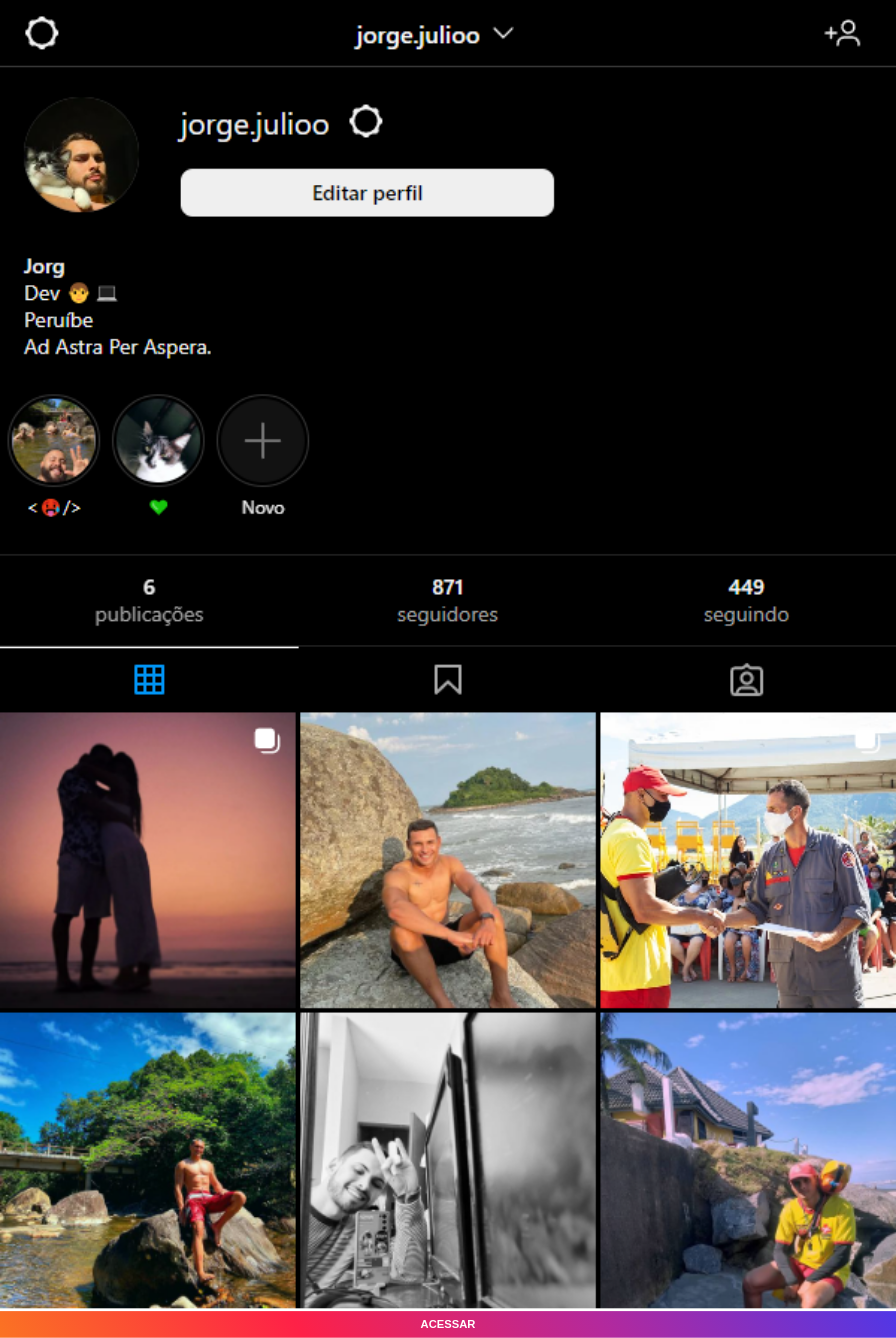
Repository: jorgprado/curso-html-css-Guanabara
Page: exec-pg-social/instagram.html
An editor plug-in stored every save of this project. The page is shown before and after the next save, followed by the edit.
The browser window is 1280 px wide. The pictures show the whole page, at 70% of full size.

Above is the page before, as saved 2023-05-24 11:58:45.

After the next save:
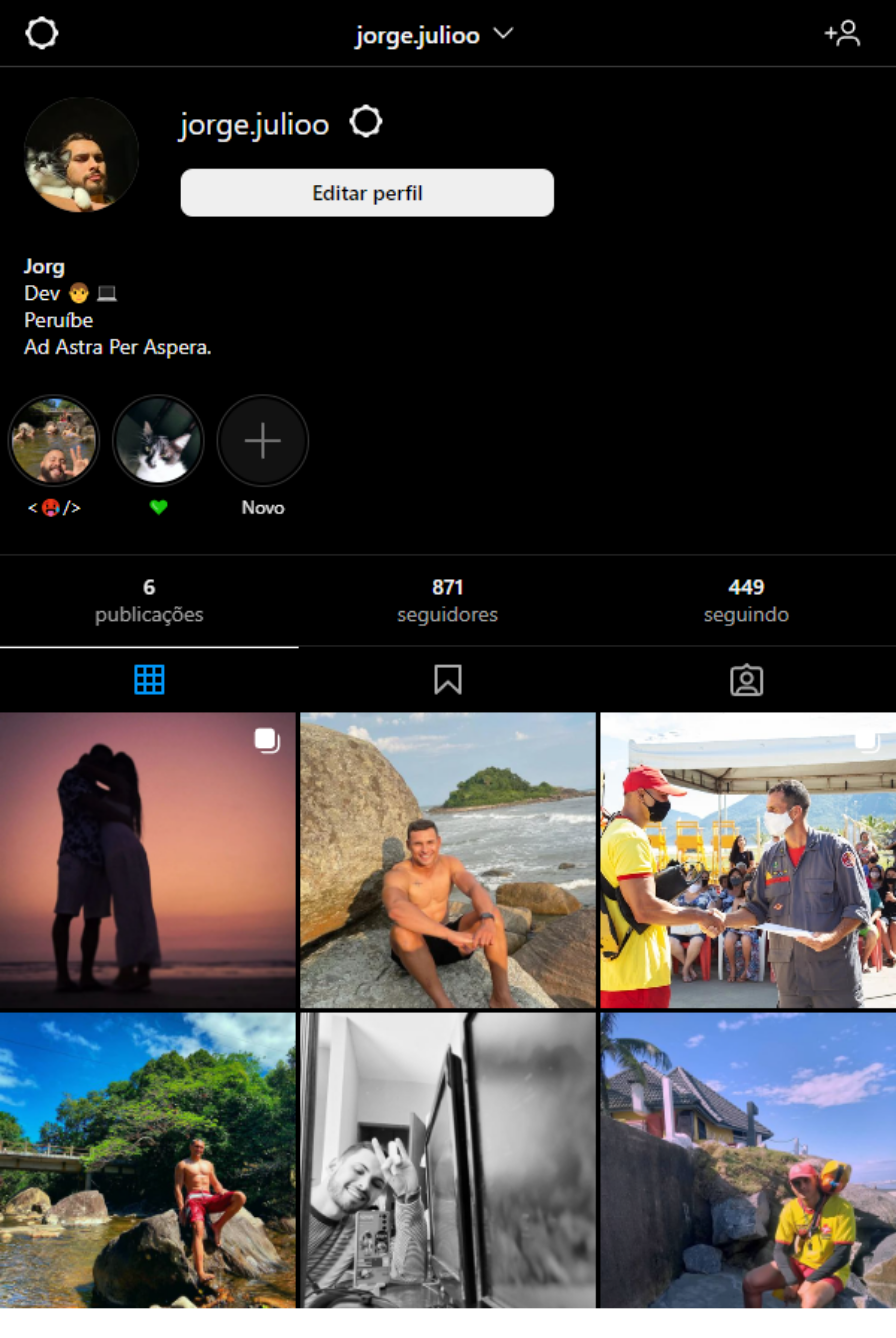
Saved 4 s later.
--- a/exec-pg-social/estilo/social.css
+++ b/exec-pg-social/estilo/social.css
@@ -31,7 +31,7 @@
 
 a.insta{
     display: block;
-    background-image: linear-gradient( 60deg, #FB7323, #FE2147, #B4299C, #5137E6);
+    background-image: linear-gradient( 60 deg, #FB7323, #FE2147, #B4299C, #5137E6);
     color: white;
     padding: 10px;
     text-align: center;

After the 2 saves that followed:
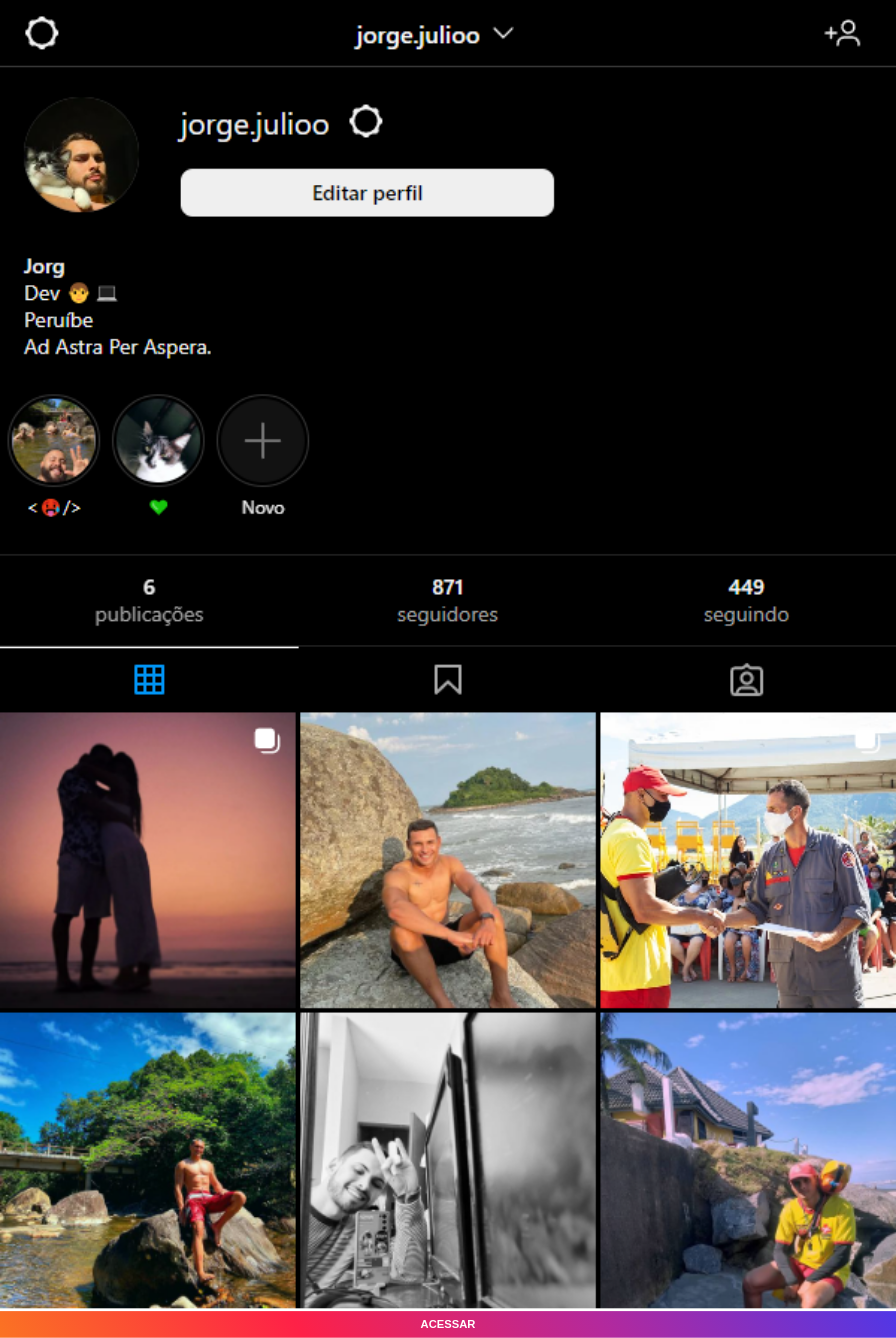
The 2 saves are shown as one change because they came seconds apart.
The last was saved 7 s later.
--- a/exec-pg-social/estilo/social.css
+++ b/exec-pg-social/estilo/social.css
@@ -31,7 +31,7 @@
 
 a.insta{
     display: block;
-    background-image: linear-gradient( 60 deg, #FB7323, #FE2147, #B4299C, #5137E6);
+    background-image: linear-gradient( 60deg, #FB7323, #FE2147, #B4299C, #5137E6);
     color: white;
     padding: 10px;
     text-align: center;
